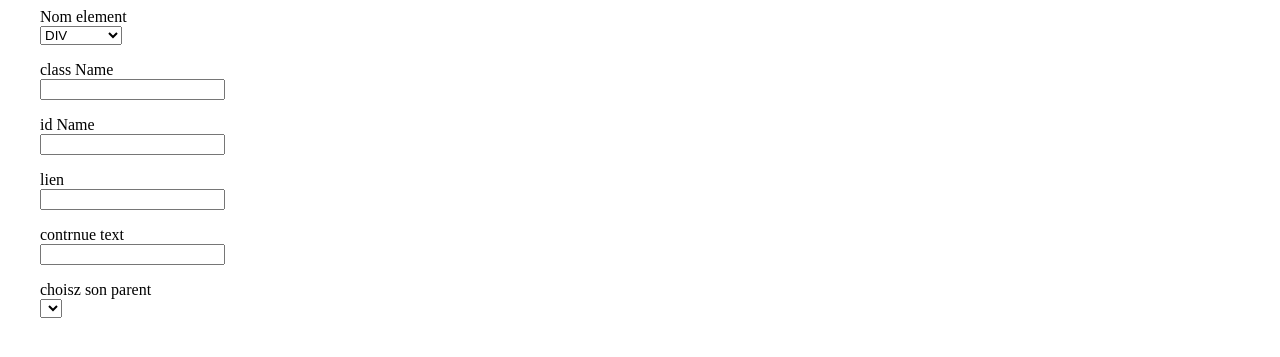
Repository: clairedupuich/excercice
Page: javaScript/CeerDivAvecFormulair/div.html
These files come from the project's save history. The page is drawn as it stood at one moment and after a run of saves; the edit follows.
The browser window is 1280 px wide. The pictures show the whole page.

Above is the page before, as saved 2020-10-15 09:13:19.
Console error: TypeError: Cannot read properties of undefined (reading 'addEventListener')

### javaScript/CeerDivAvecFormulair/div.html
<!DOCTYPE html>
<html>
<head>
    <meta charset="UTF-8">
    <meta name="viewport" content="width=device-width, initial-scale=1.0">
    <title>creer des elements</title>
    <link rel="stylesheet" href="div.css">
</head>
<body>
    <form action="" method="POST">
<div class = "contentForm">
    <label for = "elements">Nom element</label><br>
    <select id ="elements" name="elements">
        <option value="div">DIV</option>
        <option value="p">P</option>
        <option value="h1">H1</option>
        <option value="section">SECTION</option>
        <option value="a">A</option>
        <option value="span">SPAN</option>
        <option value="header">HEADER</option>
        <option value="main">MAIN</option>
        <option value="footer">FOOTER</option>
    </select>
</div>
<div class = "contentForm">
    <label for = "className">class Name</label><br>
    <input id ="className" name="className" type="text">
</div>
<div class = "contentForm">
    <label for = "idName">id Name</label><br>
    <input id ="idName" name="idName" type="text">
</div>
<div class = "contentForm">
    <label for = "lienName">lien</label><br>
    <input id ="lienName" name="lienName" type="url">
</div>
<div class = "contentForm">
    <label for = "cont">contrnue text</label><br>
    <input id ="cont" name="cont" type="text">
</div>
<div class = "contentForm">
    <label for = "parentName">choisz son parent</label><br>
    <select id ="parentName" name="parentName" >

</div>
<button type="submit" class="btn">Submit</button>
   <!--  <input type="submit" value="ajouter"> -->
</form>
<div id = "vide"></div>



    <script src="div.js"></script>

</body>
</html>

### javaScript/CeerDivAvecFormulair/div.css
div {
    margin-bottom: 1em;
    text-align: justify;
}

form {
    float: left;
    margin-left: 2em;
}
#vide {
    width: 40%;
    height: 25em;
    float: right;
    border: 2px solid black;
    margin-right: 26em;
}

### javaScript/CeerDivAvecFormulair/div.js
let eleNom = document.getElementById("elements");
let claNom = document.getElementById("className");
let idNom = document.getElementById("inName");
let herfNom = document.getElementById("lienName");
let contNom = document.getElementById("cont");
let parNom = document.getElementById("parentName");
let addele = document.getElementById("vide");
let bouttonElem = document.getElementsByTagName("button")[0];//给boutton添加动作
bouttonElem.addEventListener("click",addElement);
//是否选择a决定下面lien的块是否存在。
eleNom.addEventListener("change",caseA);
function caseA (even){
    if (even.value === "a"){
        document.getElementById("lienName").style.display = "block";
    }else {
        document.getElementById("lienName").style.display = "none";
    }
}

//boutton动作以制作下面的块
function addElement(e){
    //初始化函数
    e.preventDefault();
  if(!document.getElementById(idNom.value)){  //检验拥有这个id的element是否已经存在，id是唯一的。
    let elem = document.createElement(eleNom.value);
    if(eleNom.value === 'a'){
        addele.href = herfNom ;
    }

    elem.value = eleNom.value;
    elem.className = claNom.value;
    elem.id = idNom.value;
    elem.href = herfNom.value;
    elem.textContent = contNom.value;
    elem.parentNode = parNom.value;
    elem.style.border= "2px solid black";
    elem.style.backgroundColor="blue";
    document.getElementById(parNom.value).appendChild(elem);
    //显示框里的项目
    let newOption = document.createElement('option');
    newOption.value = elem.id;
    newOption.innerHTML = eleNom.value+'#'+elem.id;
    addele.appendChild(newOption);

}else {
    alert('Un ID doit être unique\nVeuillez en entrer un autre');
  }

}

After the next 5 saves:
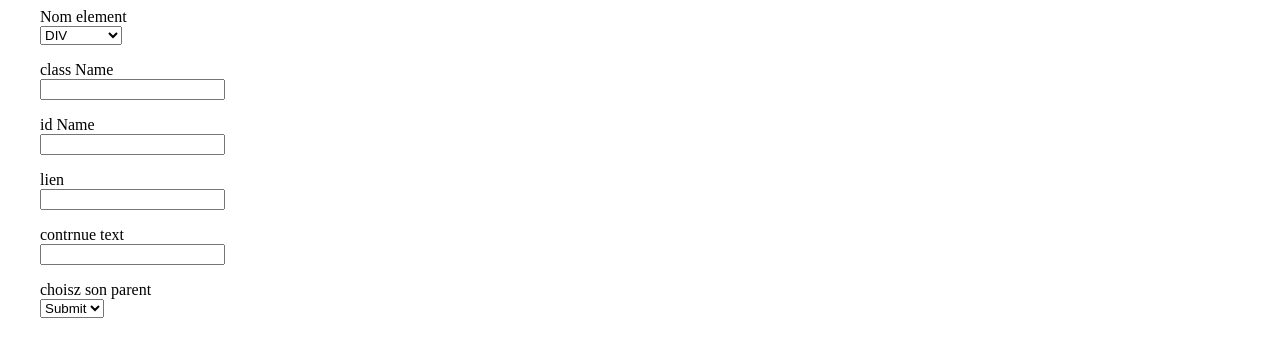
The 5 saves are shown as one change because they came seconds apart.
The last was saved 11 s later.
--- a/javaScript/CeerDivAvecFormulair/div.html
+++ b/javaScript/CeerDivAvecFormulair/div.html
@@ -41,7 +41,7 @@
 <div class = "contentForm">
     <label for = "parentName">choisz son parent</label><br>
     <select id ="parentName" name="parentName" >
-
+        <option value
 </div>
 <button type="submit" class="btn">Submit</button>
    <!--  <input type="submit" value="ajouter"> -->
